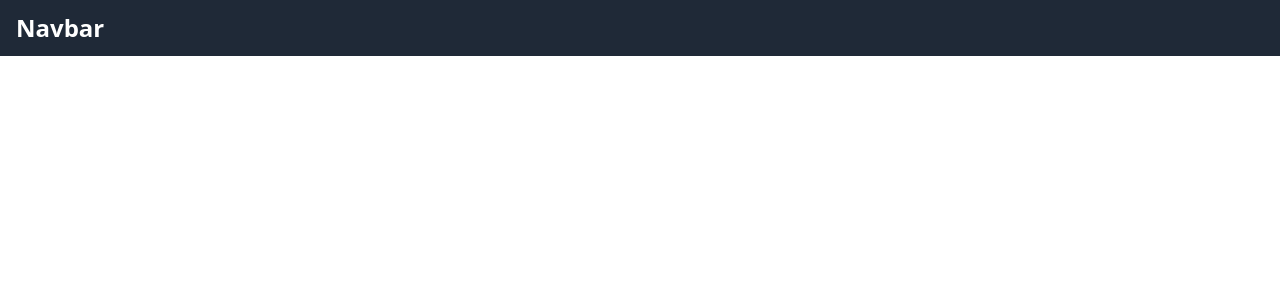
Repository: cynthiamoraa/flowithme
Page: / (app in frontend/)
An editor plug-in stored every save of this project. The page is shown before and after the next save, followed by the edit.
The browser window is 1280 px wide. The pictures show the whole page.
The project was rebuilt for these pictures with package versions that can differ from the ones it lists, and the page was loaded fresh each time. Also part of the build but not shown: frontend/vite.config.js.

Above is the page before, as saved 2024-11-19 16:50:45.

### frontend/src/App.jsx
import { useState } from 'react'

import Navbar from './components/Navbar'

function App() {


  return (
  <Navbar />
  )
}

export default App

### frontend/src/components/Navbar.jsx


const Navbar = () => {

  return (
    <nav className="bg-gray-800 text-white">
      <div className="flex justify-between items-center px-4 py-3">
        <h1 className="text-2xl font-bold">Navbar</h1>
      </div>

      <div className="flex justify-between items-center ">

      </div>
    </nav>
  );
};

export default Navbar;

Loaded but not shown: frontend/index.html (common file); frontend/src/main.jsx (common file); frontend/src/index.css (common file); frontend/tailwind.config.js (common file)

After the next save:
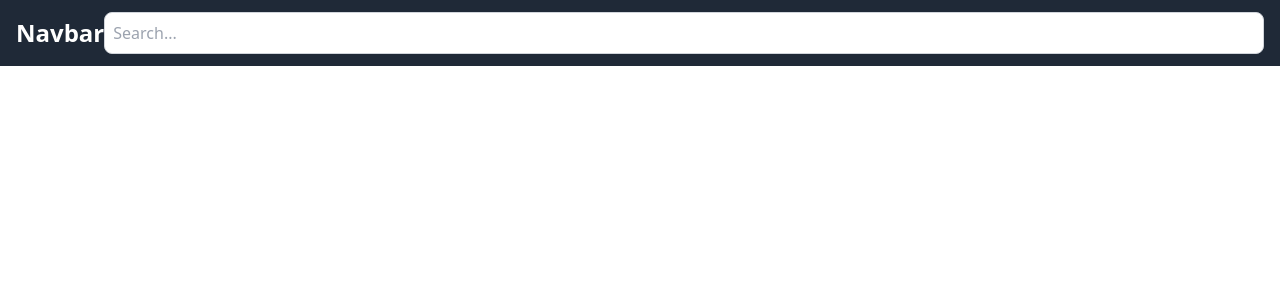
Saved 4 s later.
--- a/frontend/src/components/Navbar.jsx
+++ b/frontend/src/components/Navbar.jsx
@@ -6,11 +6,14 @@
     <nav className="bg-gray-800 text-white">
       <div className="flex justify-between items-center px-4 py-3">
         <h1 className="text-2xl font-bold">Navbar</h1>
+        <input
+          type="text"
+          placeholder="Search..."
+          className="w-full p-2 border border-gray-300 rounded-lg focus:outline-none focus:ring-2 focus:ring-blue-500"
+        />
       </div>
 
-      <div className="flex justify-between items-center ">
-
-      </div>
+      <div className="flex justify-between items-center "></div>
     </nav>
   );
 };
